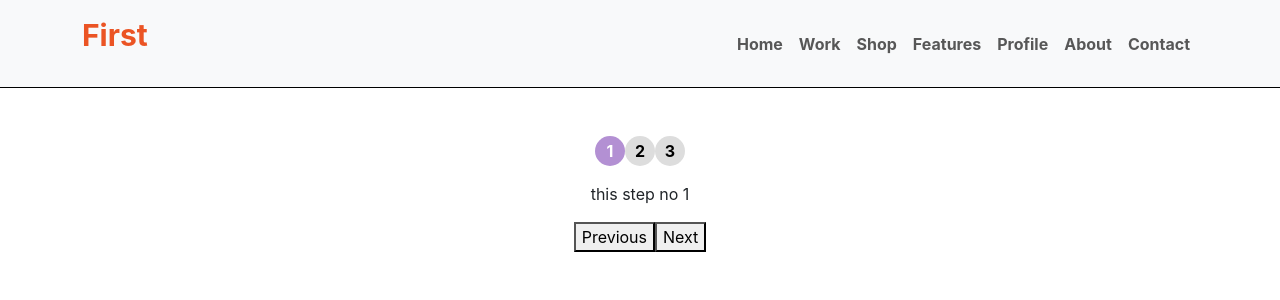
Repository: Hager-h/temple
Page: /contact
These files come from the project's save history. The page is drawn as it stood at one moment and after the next save; the edit follows.
The browser window is 1280 px wide. The pictures show the whole page.
The project was rebuilt for these pictures with package versions that can differ from the ones it lists, and the page was loaded fresh each time. Also part of the build but not shown: src/components/work/work.css, src/components/hook/Hook.js, src/components/work/Work.js, src/components/hook2/Hook2.js, src/components/portfolio/Portfolio.js, src/components/footer/Footer.js, src/components/social/Social.js, src/components/about/About.js and 10 more.

Above is the page before, as saved 2023-07-19 15:30:28.

After the next save:
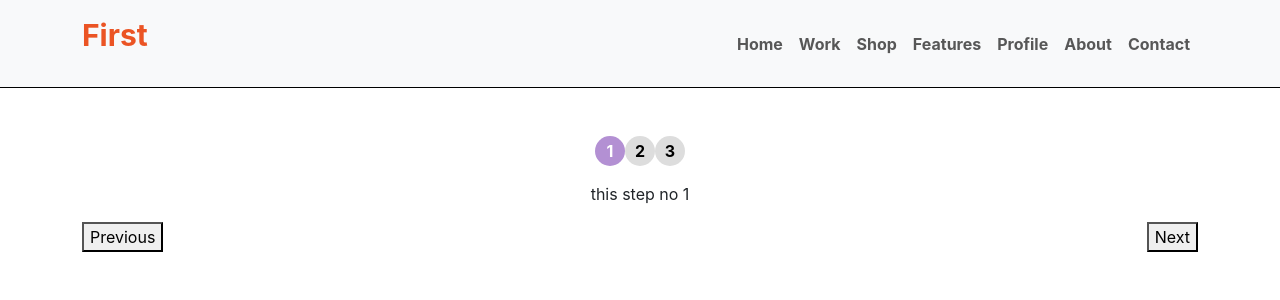
Saved 44 s later.
--- a/src/components/contact/index.js
+++ b/src/components/contact/index.js
@@ -11,7 +11,7 @@ export default function Contact() {
 
         </div>
         <p> this step no 1</p>
-        <div className="btns">
+        <div className="bt-con d-flex justify-content-between">
           <button>Previous</button>
           <button>Next</button>
         </div>
